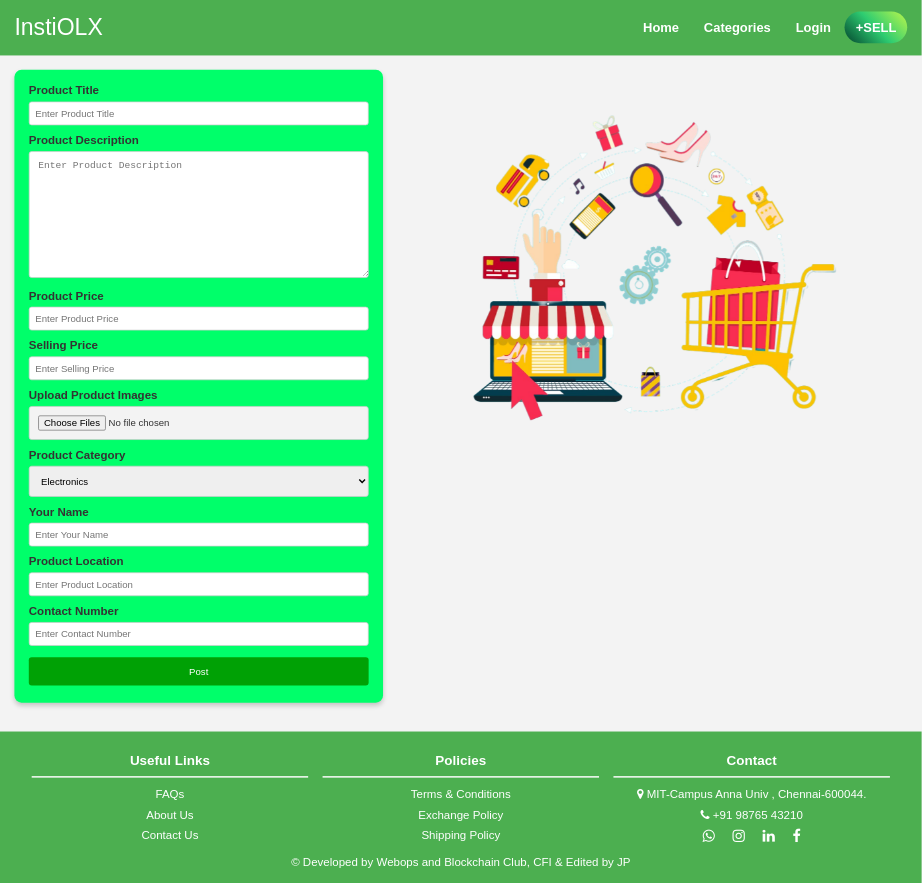
Repository: John-Prabu-A/web-dev-summer-school
Page: Session_1_Assignment/sell.html
These files come from the project's save history. The page is drawn as it stood at one moment and after the next save; the edit follows.
The browser window is 1280 px wide. The pictures show the whole page, at 72% of full size.

Above is the page before, as saved 2024-06-20 16:01:39.

After the next save:
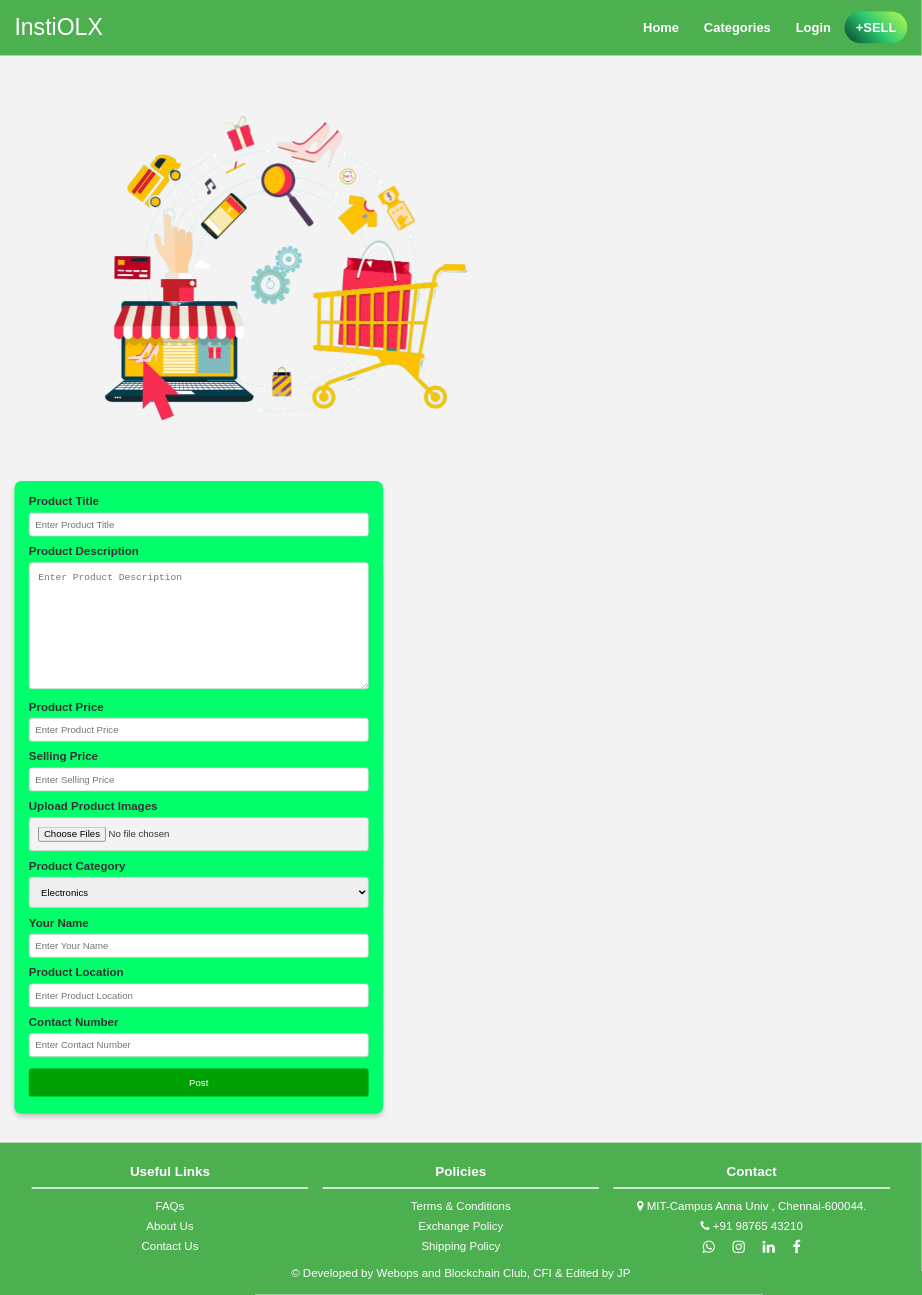
Saved 24 s later.
--- a/Session_1_Assignment/sell.html
+++ b/Session_1_Assignment/sell.html
@@ -16,7 +16,7 @@
 
         img {
             display:inline-block;
-            position: fixed;
+            position: sticky;
             right: 0;
             top: 15%;
             padding: 16px;

After the save that followed:
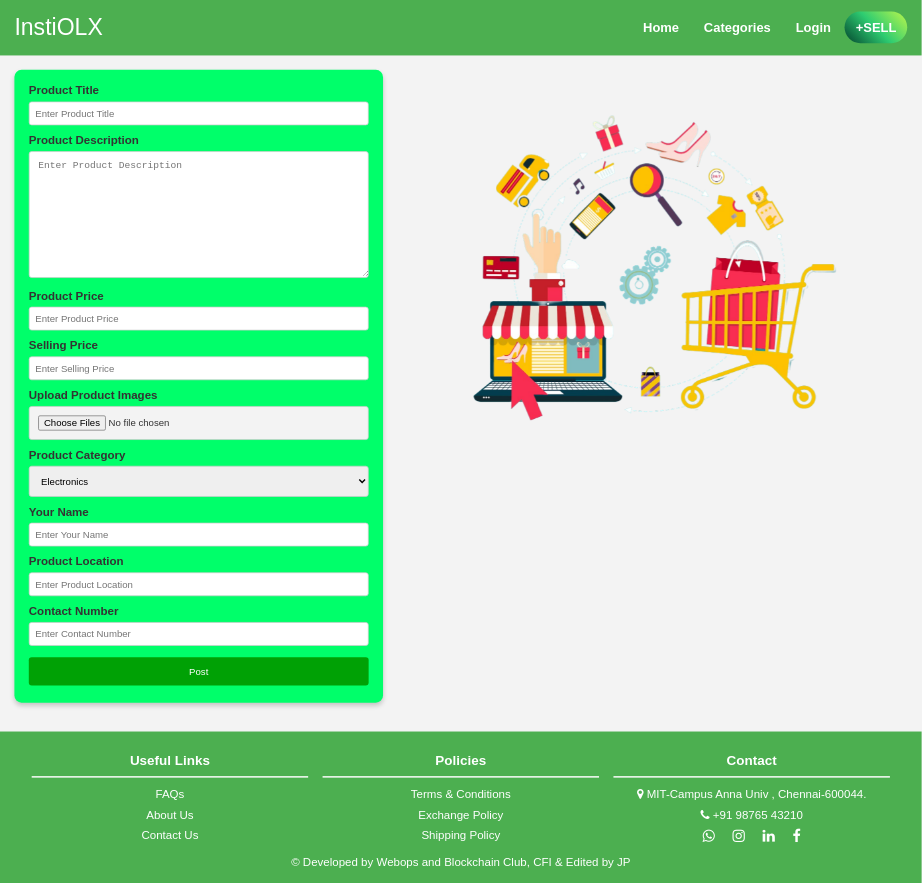
Saved 15 s later.
--- a/Session_1_Assignment/sell.html
+++ b/Session_1_Assignment/sell.html
@@ -16,7 +16,7 @@
 
         img {
             display:inline-block;
-            position: sticky;
+            position: fixed;
             right: 0;
             top: 15%;
             padding: 16px;
